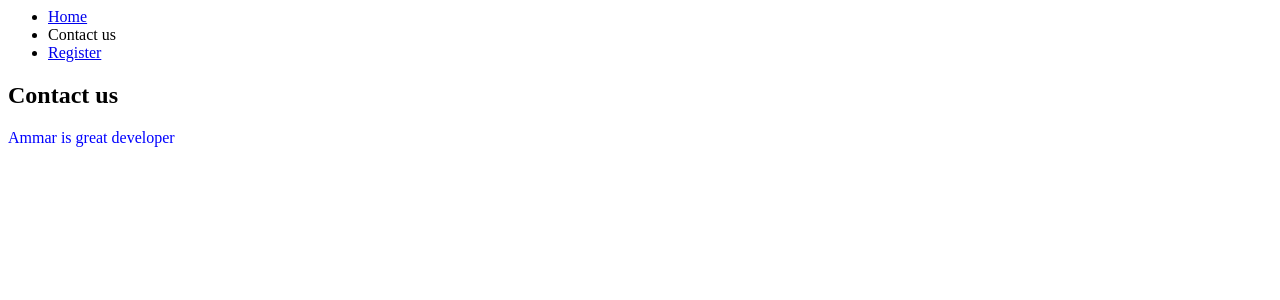
Repository: engammar111/css
Page: contactus.html
These files come from the project's save history. The page is drawn as it stood at one moment and after the next save; the edit follows.
The browser window is 1280 px wide. The pictures show the whole page.

Above is the page before, as saved 2021-07-31 15:00:41.

After the next save:
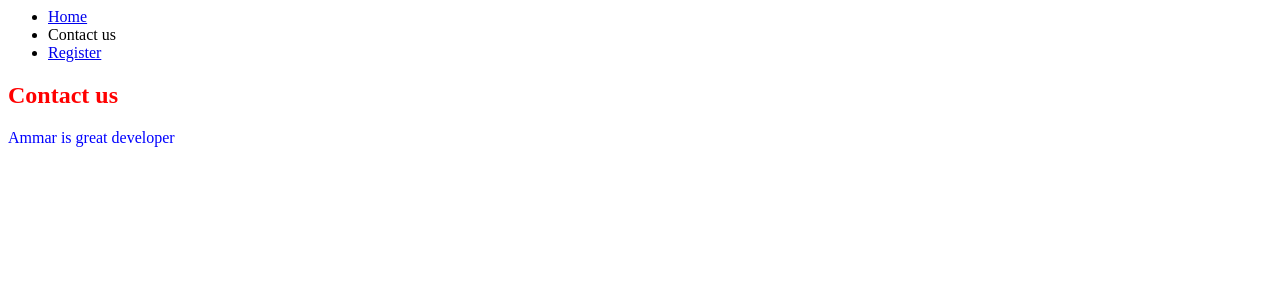
Saved 9 s later.
--- a/style.css
+++ b/style.css
@@ -4,9 +4,6 @@
 
 h1 {
   color: red;
-}
-h1 {
-  color: black;
 }
 
 p {
